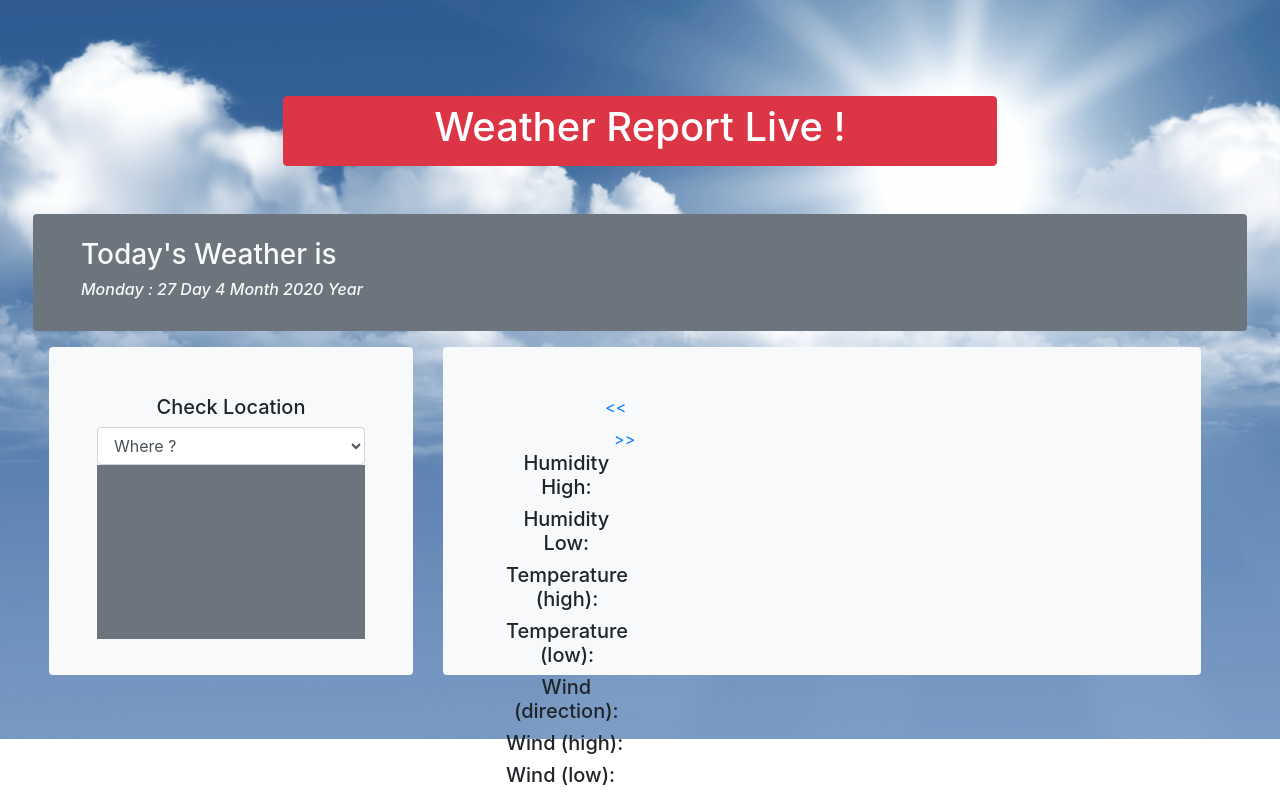
Repository: Code-Institute-Submissions/projectchen88-weatherForecast
Page: index.html
The author's editor kept a record of every edit. The page is drawn from the files as they stood at one moment, then again after the next edit.
The browser window is 1280 px wide. The pictures show the whole page.
The page's requests for data from a server got no answer.

Above is the page before.
Console error (its wording comes from the project's code and is left out).

After the next edit:
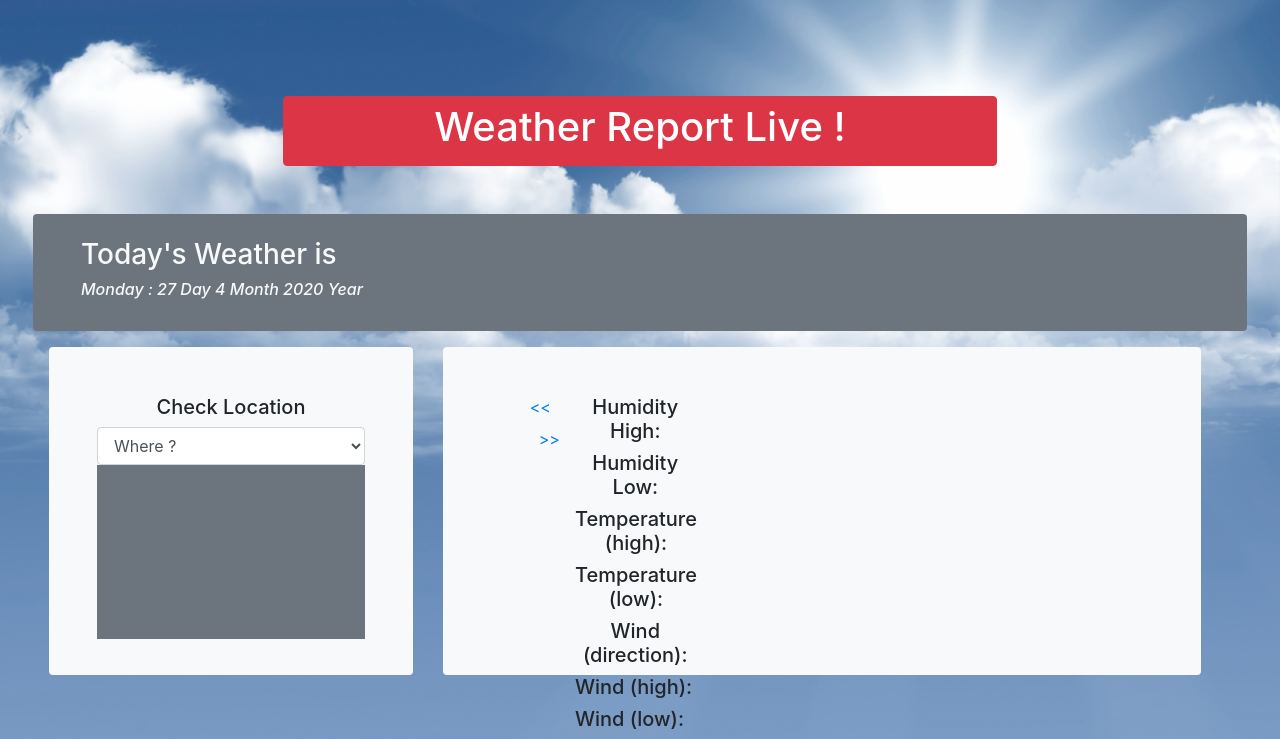
The edit:
--- a/index.html
+++ b/index.html
@@ -57,7 +57,7 @@
                                         <div class='d-flex justify-content-center'>
                                             <div id='prev-day' class='text-primary'><< &nbsp</span>
                                             <h5 id='forecast-title'> </h5>
-                                            <span id= 'next-day' class='text-primary'> &nbsp >> </span>
+                                            <div id= 'next-day' class='text-primary'> &nbsp >> </span>
                                         </div>
                                         <span id='forecast'></span>
                                     </div>
